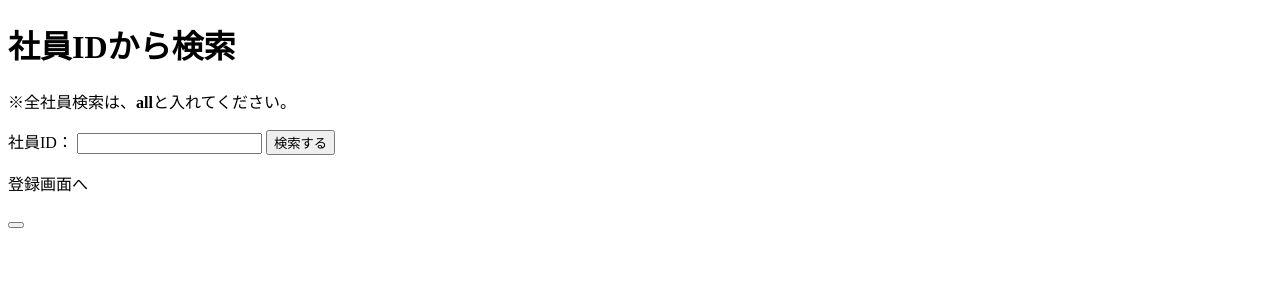
Repository: jp-debug-code/Java-servlet-test
Page: http://localhost/jj_mysql/index
An editor plug-in stored every save of this project. The page is shown before and after the next save, followed by the edit.
The browser window is 1280 px wide. The pictures show the whole page.
The page is served by Tomcat 9. Other server files are loaded and not shown.

Above is the page before, as saved 2023-10-22 05:07:23.

### jj_mysql/src/main/webapp/WEB-INF/index.jsp
<%@ page language="java" contentType="text/html;
 charset=UTF-8" pageEncoding="UTF-8"%>
<%@ taglib prefix="c"
uri="http://java.sun.com/jsp/jstl/core"%>
<!DOCTYPE html>
<html lang="ja">
  <head>
    <meta charset="UTF-8" />
    <meta http-equiv="X-UA-Compatible" content="IE=edge" />
    <meta name="viewport" content="width=device-width, initial-scale=1.0" />
    <title>社員選択</title>
  </head>
  <body>
    <h1>社員IDから検索</h1>
    <p>※全社員検索は、<b>all</b>と入れてください。</p>
    <form action="Shain" method="post">
      <p>
        <label for="shain_id">社員ID：</label>
        <input type="text" name="shain_id" />
        <button type="submit">検索する</button>
      </p>
    </form>
    <p>登録画面へ</p>
    <form action="update">
    <button type="submit"></button>
    </form>
  </body>
</html>

### jj_mysql/src/main/java/controller/index.java
package controller;

import java.io.IOException;

import javax.servlet.ServletException;
import javax.servlet.annotation.WebServlet;
import javax.servlet.http.HttpServlet;
import javax.servlet.http.HttpServletRequest;
import javax.servlet.http.HttpServletResponse;

/**
 * Servlet implementation class index
 */
@WebServlet("/index")
public class index extends HttpServlet {
	private static final long serialVersionUID = 1L;

    /**
     * @see HttpServlet#HttpServlet()
     */
    public index() {

        super();

    }

	/**
	 * @see HttpServlet#doGet(HttpServletRequest request, HttpServletResponse response)
	 */
	protected void doGet(HttpServletRequest request, HttpServletResponse response) throws ServletException, IOException {
		//ページ転送
		request.getRequestDispatcher("/WEB-INF/index.jsp").forward(request, response);
		//requestされてきたオブジェクトを使用する
	}

	/**
	 * @see HttpServlet#doPost(HttpServletRequest request, HttpServletResponse response)
	 */
	protected void doPost(HttpServletRequest request, HttpServletResponse response) throws ServletException, IOException {
		// TODO Auto-generated method stub
		doGet(request, response);
	}

}

After the next save:
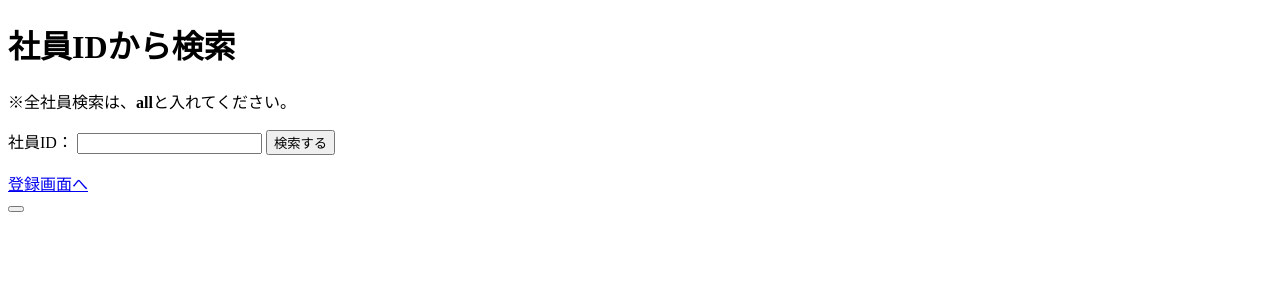
Saved 2 min 45 s later.
--- a/jj_mysql/src/main/webapp/WEB-INF/index.jsp
+++ b/jj_mysql/src/main/webapp/WEB-INF/index.jsp
@@ -20,7 +20,7 @@ uri="http://java.sun.com/jsp/jstl/core"%>
         <button type="submit">検索する</button>
       </p>
     </form>
-    <p>登録画面へ</p>
+    <a href="/WEB-INF/update.jsp">登録画面へ</a>
     <form action="update">
     <button type="submit"></button>
     </form>
